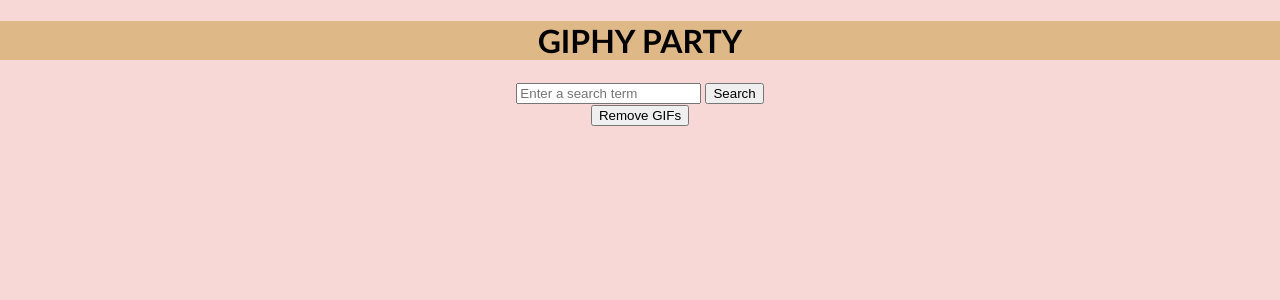
Repository: rmdayberry/AJAX-Giphy-Party
Page: index.html
An editor plug-in stored every save of this project. The page is shown before and after the next save, followed by the edit.
The browser window is 1280 px wide. The pictures show the whole page.
Some web libraries are served in a nearby version.

Above is the page before, as saved 2024-08-06 13:00:16.

After the next save:
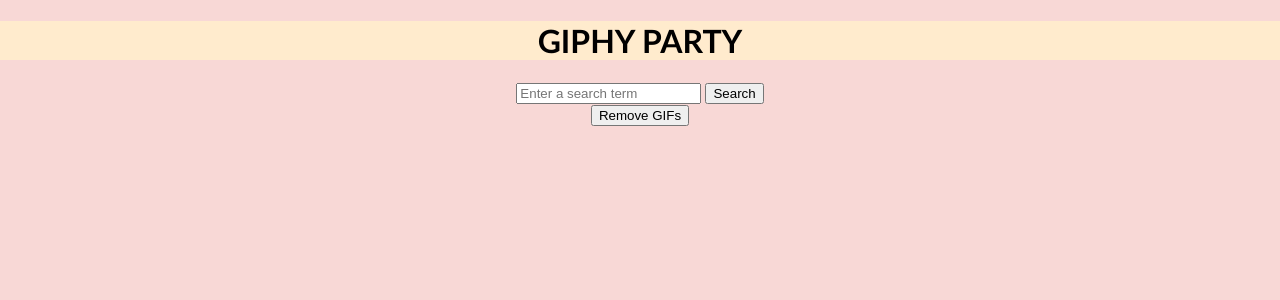
Saved 26 s later.
--- a/style.css
+++ b/style.css
@@ -8,5 +8,5 @@
 }
 
 h1 {
-  background-color: burlywood;
+  background-color: blanchedalmond;
 }
